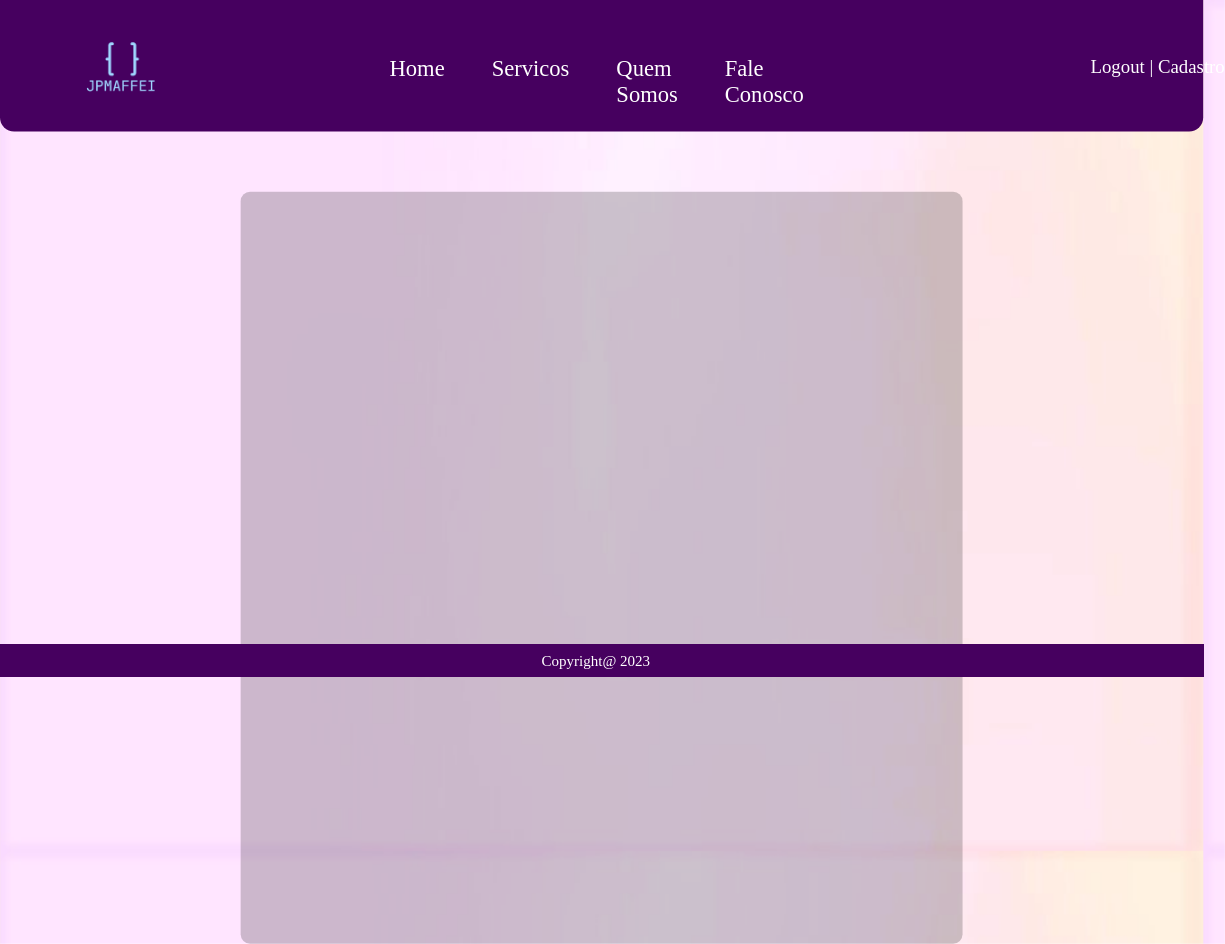
Repository: jpmaffei18/PROJETO_JAVA
Page: http://localhost/FinalWeb/
An editor plug-in stored every save of this project. The page is shown before and after the next save, followed by the edit.
The browser window is 1280 px wide. The page is 1303 px wide, then 1280 px, so the pictures cover 1303 px, including what lies to the right of the window. The pictures show the whole page, at 94% of full size.
Backgrounds fixed to the window are drawn as part of the page. The page is served by Tomcat 9.

Above is the page before, as saved 2023-04-03 12:54:58.

After the next save:
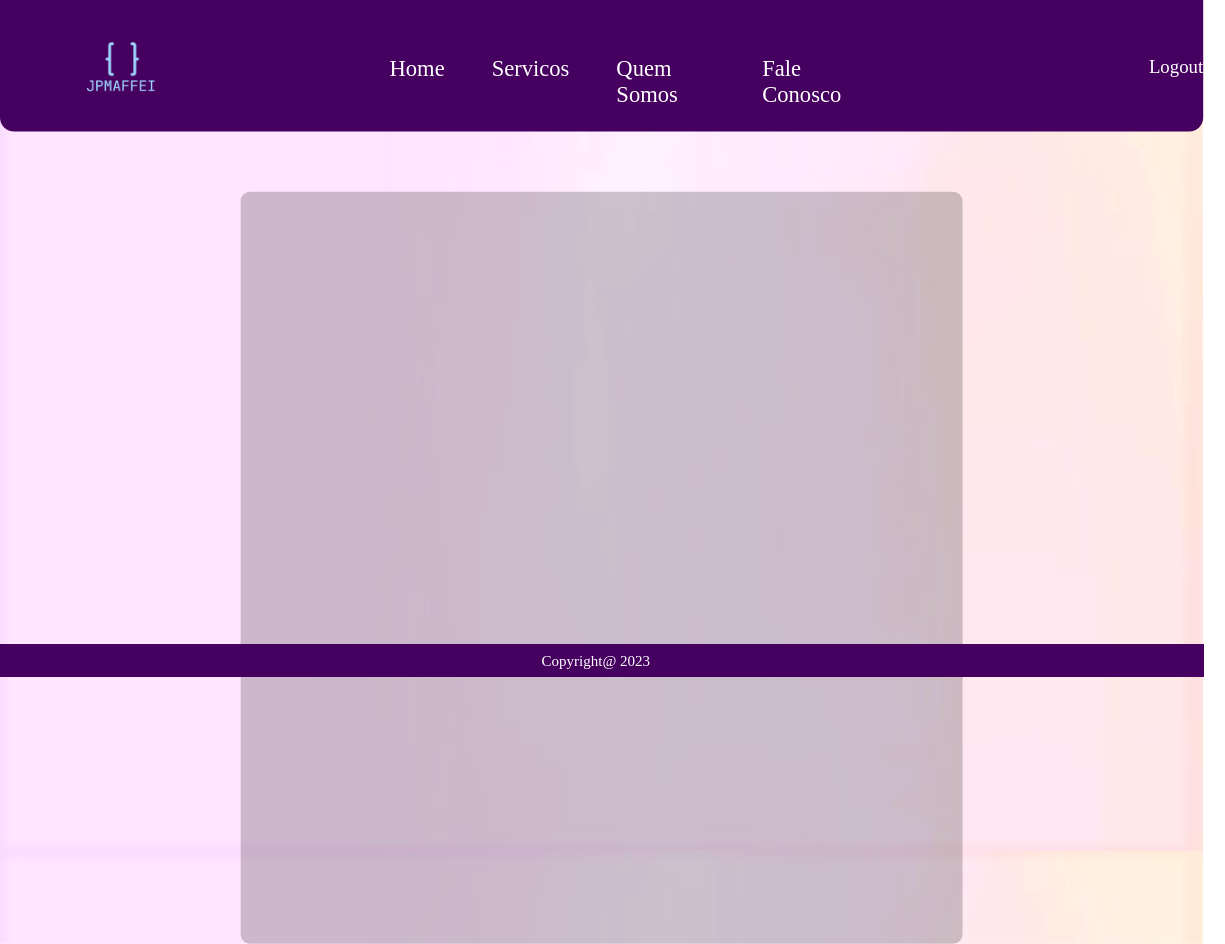
Saved 9 s later.
--- a/FinalWeb/src/main/webapp/index.jsp
+++ b/FinalWeb/src/main/webapp/index.jsp
@@ -21,7 +21,7 @@
     </ul>
 
     <div class="logincadastro">
-    <p><a href="logincadastro.jsp">Logout </a></p> <p>|</p> <p><a href="logincadastro.jsp">Cadastro </a></p>
+    <p><a href="logincadastro.jsp">Logout
     </div>
 
 </header>
